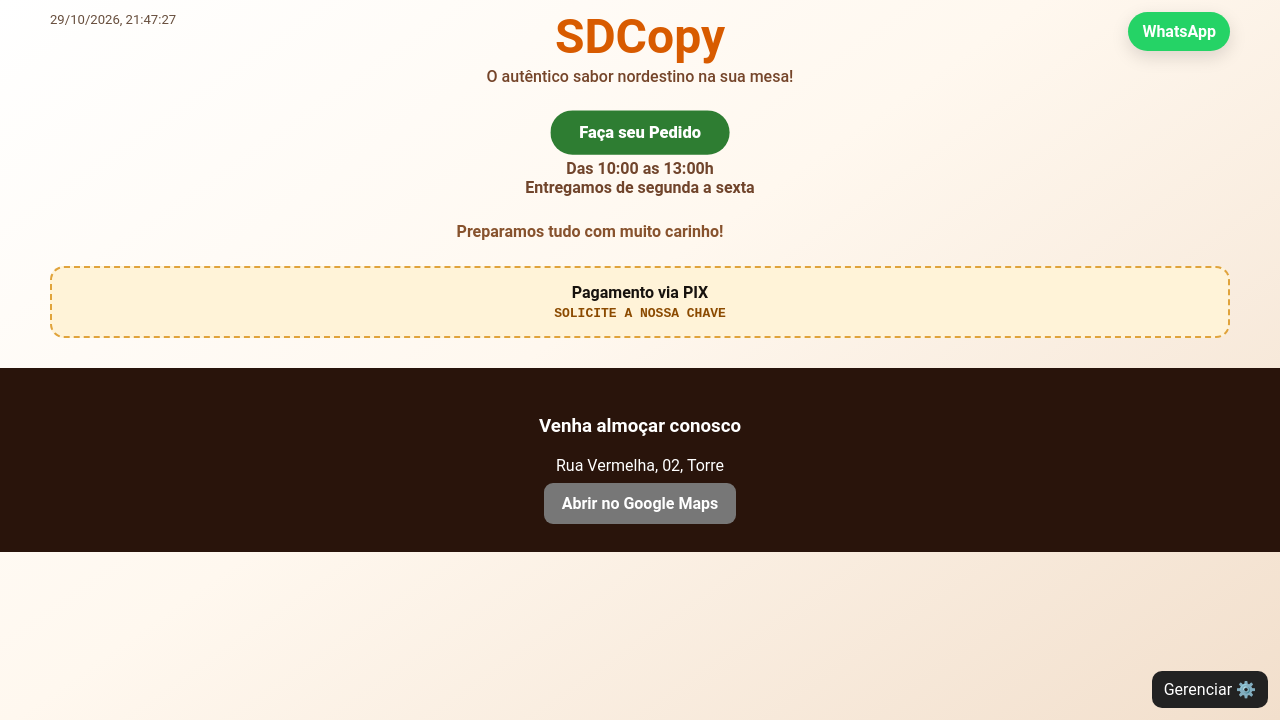
Repository: JeffRodFer/sd-copy-01-frontend
Page: index.html
An editor plug-in stored every save of this project. The page is shown before and after the next save, followed by the edit.
The browser window is 1280 px wide. The pictures show the whole page.

Above is the page before, as saved 2026-10-30 01:36:54.

### index.html
<!DOCTYPE html>
<html lang="pt-BR">

<head>
  <meta charset="UTF-8">
  <meta name="viewport" content="width=device-width, initial-scale=1.0">
  <title>Sistema de Delivery</title>
  <link rel="stylesheet" href="style.css">
</head>

<body>


  <header class="container">

    <div class="topbar">

      <div id="datetime" class="datetime"></div>


      <div class="brand">

        <h1>
          SDCopy
        </h1>

        <p>
          O autêntico sabor nordestino na sua mesa!
        </p>

      </div>


      <a id="wa-float-link" class="wa-float" href="https://wa.me/5581920036280" target="_blank" rel="noopener">
        WhatsApp
      </a>

    </div>


    <button class="cta" id="openOrder">
      Faça seu Pedido
    </button>


    <div class="notice">
      Das 10:00 as 13:00h <br>
      Entregamos de segunda a sexta
    </div>

  </header>


  <main class="container" id="menu"></main>


  <div class="container note">
    Preparamos tudo com muito carinho!
  </div>


  <div class="container pix">

    <strong>
      Pagamento via PIX
    </strong>

    <br>


    <code>
    SOLICITE A NOSSA CHAVE
  </code>

  </div>


  <footer class="footer">

    <div class="container">

      <h3>
        Venha almoçar conosco
      </h3>

      <div>
        Rua Vermelha, 02, Torre
      </div>


      <a class="maps" href="https://maps.google.com/?q=Rua+Vermelha+02+Torre" target="_blank" rel="noopener">
        Abrir no Google Maps
      </a>


    </div>

  </footer>


  <button class="manage" id="openAdmin">
    Gerenciar ⚙️
  </button>
  <br>
  <br>
  <br>
  <br>

  <!-- =====================================================
     MODAL DO PEDIDO
     ===================================================== -->

  <div class="overlay hidden" id="orderOverlay">

    <div class="modal">


      <!-- PASSO 1 -->

      <div id="orderStep1" class="step active">

        <h2>
          Faça seu Pedido
        </h2>


        <div id="orderError1" class="error hidden"></div>


        <div class="form-grid">


          <div class="field">

            <label>
              Nome Completo
            </label>

            <input id="customerName" autocomplete="name">

          </div>


          <div class="field">

            <label>
              Telefone
            </label>

            <input id="customerPhone" inputmode="tel" autocomplete="tel" maxlength="15" placeholder="(81) 99999-8888">

          </div>


          <div class="field full">

            <label>
              Endereço de Entrega
            </label>

            <input id="customerAddress" autocomplete="street-address">

          </div>


          <div class="field">

            <label>
              Quantidade de Marmitas
            </label>

            <input id="mealCount" type="number" min="1" max="20" value="1">

          </div>


        </div>


        <div class="delivery">

          <label>

            <input type="radio" name="delivery" value="true" checked>

            Entrega em casa - R$ 5,00

          </label>


          <label>

            <input type="radio" name="delivery" value="false">

            Retirar no Restaurante - R$ 0,00

          </label>

        </div>


        <div class="actions">

          <button class="btn gray" id="closeOrder1">
            Cancelar
          </button>


          <button class="btn green" id="toStep2">
            Continuar
          </button>

        </div>

      </div>


      <!-- PASSO 2 -->

      <div id="orderStep2" class="step">

        <h2>
          Monte suas Marmitas
        </h2>


        <div id="orderError2" class="error hidden"></div>


        <div id="marmitas"></div>


        <div class="actions">

          <button type="button" class="btn gray" id="backStep1">
            Voltar
          </button>


          <button type="button" class="btn green" id="toStep3">
            Encerrar e seguir
          </button>

        </div>

      </div>


      <!-- PASSO 3 -->
      <div id="orderStep3" class="step">

        <h2>Resumo do Pedido</h2>

        <div id="orderSummary" class="order-text"></div>

        <div id="finalTotal" class="total"></div>

        <div class="actions">
          <button class="btn red" id="cancelFinal">
            Voltar
          </button>

          <button class="btn green" id="sendRestaurant">
            Enviar Pedido ao Restaurante
          </button>
        </div>

      </div>

    </div>

  </div>


  <!-- =====================================================
     MODAL ADMINISTRATIVO
     ===================================================== -->

  <div class="overlay hidden" id="adminOverlay">

    <div class="admin-modal">

      <h2>
        Gerenciar Cardápio
      </h2>


      <div id="adminError" class="error hidden"></div>


      <!-- LOGIN -->

      <div id="adminLogin">

        <div class="field">

          <label>
            Usuário
          </label>

          <input id="adminUser" autocomplete="username" value="admin">

        </div>


        <div class="field" style="margin-top:10px">

          <label>
            Senha
          </label>

          <input id="adminPassword" type="password" autocomplete="current-password">

        </div>


        <div class="actions">

          <button class="btn gray" id="closeAdminLogin">
            Fechar
          </button>


          <button class="btn green" id="adminLoginBtn">
            Entrar
          </button>

        </div>

      </div>


      <!-- PAINEL -->

      <div id="adminPanel" class="hidden">

        <div id="adminItems" class="admin-grid"></div>


        <div class="actions">

          <button class="btn gray" id="adminClose">
            Fechar
          </button>


          <button class="btn green" id="adminSave">
            Salvar alterações
          </button>

        </div>

      </div>

    </div>

  </div>


  <script src="script.js"></script>
</body>

</html>

### style.css
:root {
      --orange: #f57c00;
      --brown: #6d3414;
      --green: #2e7d32;
      --red: #d32f2f;
      --blue: #1976d2;
      --purple: #7b1fa2;
      --cream: #fffaf5;
      --line: #eadfd6;
      --muted: #666;
    }

    * {
      box-sizing: border-box;
    }

    html {
      scroll-behavior: smooth;
    }

    body {
      margin: 0;
      background:
        linear-gradient(145deg,
          #fff 0%,
          #fff8ef 45%,
          #f2dfcc 100%);
      color: #17120e;
      font-family: Roboto, Arial, sans-serif;
      min-height: 100vh;
    }

    button,
    input,
    textarea {
      font: inherit;
    }

    button {
      cursor: pointer;
      border: 0;
    }

    .container {
      width: min(1180px, 94%);
      margin: auto;
    }


    /* HEADER */

    .topbar {
      display: grid;
      grid-template-columns: 1fr auto 1fr;
      align-items: start;
      padding: 12px 0;
      gap: 10px;
    }

    .datetime {
      font-size: .82rem;
      color: #674e3d;
    }

    .brand {
      text-align: center;
    }

    .brand h1 {
      margin: 0;
      color: #d85b00;
      font-size: clamp(1.8rem, 5vw, 3rem);
      line-height: 1.05;
    }

    .brand p {
      margin: 5px 0;
      color: #75452a;
      font-weight: 500;
    }

    .wa-float {
      justify-self: end;
      background: #25d366;
      color: #fff;
      padding: 10px 14px;
      border-radius: 999px;
      text-decoration: none;
      font-weight: 700;
      box-shadow: 0 6px 18px #0002;
    }

    .cta {
      display: block;
      margin: 8px auto 5px;
      background: var(--green);
      color: #fff;
      border-radius: 999px;
      padding: 12px 28px;
      font-weight: 800;
      font-size: 1rem;
      animation: pulse 2s infinite;
    }

    .notice {
      text-align: center;
      color: #70442b;
      font-weight: 700;
      margin-bottom: 18px;
    }

    @keyframes pulse {

      0%,
      100% {
        transform: scale(1);
      }

      50% {
        transform: scale(1.03);
      }
    }


    /* CARDÁPIO */

    .section {
      margin: 20px 0;
    }

    .section h2 {
      margin: 0 0 12px;
      color: var(--brown);
    }

    .grid {
      display: grid;
      grid-template-columns:
        repeat(auto-fit,
          minmax(180px, 1fr));
      gap: 10px;
    }

    .card {
      background: #fff;
      border: 1px solid var(--line);
      border-radius: 14px;
      padding: 14px;
      box-shadow:
        0 3px 12px #5a2a0d12;
    }

    .card strong {
      display: block;
    }

    .unavailable {
      opacity: .52;
    }

    .badge {
      display: inline-block;
      margin-top: 7px;
      font-size: .78rem;
      background: #eee;
      padding: 4px 8px;
      border-radius: 999px;
    }

    .accent-guarnicoes {
      border-top: 5px solid #8b5a2b;
    }

    .accent-proteinas {
      border-top: 5px solid #d32f2f;
    }

    .accent-bebidas {
      border-top: 5px solid #1976d2;
    }

    .accent-sobremesas {
      border-top: 5px solid #7b1fa2;
    }

    .note {
      text-align: center;
      font-weight: 700;
      color: #87522d;
      margin: 25px 0;
    }

    .pix {
      background: #fff3d8;
      border: 2px dashed #e0a33b;
      border-radius: 14px;
      padding: 15px;
      text-align: center;
    }

    .pix code {
      font-weight: 800;
      color: #8b4a00;
      word-break: break-all;
    }


    /* FOOTER */

    .footer {
      margin-top: 30px;
      background: #29140b;
      color: #fff;
      padding: 28px 0;
      text-align: center;
    }

    .maps {
      display: inline-block;
      background: #777;
      color: #fff;
      padding: 11px 18px;
      border-radius: 9px;
      text-decoration: none;
      font-weight: 700;
      margin-top: 8px;
    }

    .manage {
      position: fixed;
      right: 12px;
      bottom: 12px;
      background: #222;
      color: #fff;
      padding: 9px 12px;
      border-radius: 10px;
      z-index: 20;
    }


    /* MODAIS */

    .overlay {
      position: fixed;
      inset: 0;
      background: #0009;
      display: flex;
      align-items: center;
      justify-content: center;
      padding: 12px;
      z-index: 100;
    }

    .hidden {
      display: none !important;
    }

    .modal {
      background: #fff;
      width: min(1050px, 100%);
      max-height: 94vh;
      overflow: auto;
      border-radius: 18px;
      box-shadow: 0 20px 70px #0007;
      padding: 22px;
    }

    .modal h2 {
      color: var(--brown);
      margin: 0 0 18px;
    }

    .step {
      display: none;
    }

    .step.active {
      display: block;
    }


    /* FORMULÁRIO */

    .form-grid {
      display: grid;
      grid-template-columns: 1fr;
      gap: 12px;
    }

    .field label {
      display: block;
      font-weight: 700;
      margin-bottom: 5px;
    }

    .field input,
    .field textarea,
    .field select {
      width: 100%;
      padding: 11px;
      border: 1px solid #cfcfcf;
      border-radius: 10px;
      background: #fff;
    }

    .field textarea {
      min-height: 75px;
      resize: vertical;
    }

    .delivery {
      display: grid;
      gap: 9px;
      margin: 12px 0;
    }

    .delivery label {
      border: 1px solid #ddd;
      border-radius: 10px;
      padding: 12px;
    }


    /* MARMITAS */

    .marmita {
      border: 1px solid #ddd;
      border-radius: 15px;
      padding: 14px;
      margin: 14px 0;
      background: #fff;
    }

    .marmita h3 {
      margin: 0 0 12px;
      color: #7b401f;
    }

    .choice-group {
      margin: 13px 0;
    }

    .choice-group h4 {
      margin: 0 0 8px;
    }

    .choices {
      display: grid;
      grid-template-columns:
        repeat(auto-fit,
          minmax(190px, 1fr));
      gap: 8px;
    }

    .check {
      border: 1px solid #ddd;
      border-radius: 10px;
      padding: 9px;
      background: #fafafa;
    }

    .check input {
      margin-right: 6px;
    }

    .limit {
      font-size: .8rem;
      color: var(--muted);
      margin: 5px 0;
    }


    /*
  IMPORTANTE:
  A linha de quantidade agora é uma GRID
  com nome + preço + menos + quantidade + mais.
  Assim o + nunca cai para a linha de baixo.
*/

    .qty-list {
      display: grid;
      gap: 7px;
    }

    .qty-row {
      display: grid;

      grid-template-columns:
        minmax(0, 1fr) auto auto auto auto;

      align-items: center;

      gap: 8px;

      border: 1px solid #eee;
      border-radius: 11px;
      padding: 8px;

      background: #faf8f6;
    }

    .qty-name {
      min-width: 0;
      font-weight: 700;
      overflow-wrap: anywhere;
    }

    .qty-price {
      font-size: .9rem;
      color: #555;
      white-space: nowrap;
    }

    .qty-btn {
      width: 36px;
      height: 36px;
      border-radius: 9px;
      background: #eee;
      font-weight: 900;
      font-size: 1.1rem;
    }

    .qty-value {
      min-width: 22px;
      text-align: center;
      font-weight: 800;
    }


    /* BOTÕES */

    .actions {
      display: flex;
      gap: 10px;
      justify-content: flex-end;
      flex-wrap: wrap;
      margin-top: 18px;
    }

    .btn {
      padding: 12px 18px;
      border-radius: 10px;
      font-weight: 800;
    }

    .btn.green {
      background: #2e7d32;
      color: #fff;
    }

    .btn.red {
      background: #e57373;
      color: #fff;
    }

    .btn.gray {
      background: #eee;
    }

    .total {
      font-size: 1.2rem;
      text-align: right;
      color: #18752b;
      font-weight: 900;
      margin-top: 14px;
    }

    .error {
      background: #ffe5e5;
      color: #9b1c1c;
      padding: 10px;
      border-radius: 9px;
      margin: 10px 0;
    }

    .order-text {
      background: #f5f5f5;
      padding: 14px;
      border-radius: 12px;
      white-space: pre-wrap;
      font-family: monospace;
      line-height: 1.45;
    }


    /* ADMIN */

    .admin-modal {
      background: #f5f5f5;
      width: min(1100px, 100%);
      max-height: 92vh;
      overflow: auto;
      border-radius: 18px;
      padding: 20px;
    }

    .admin-grid {
      display: grid;
      grid-template-columns: 1fr;
      gap: 16px;
    }

    .admin-section {
      background: #fff;
      padding: 14px;
      border-radius: 14px;
    }

    .admin-item {
      display: flex;
      align-items: center;
      justify-content: space-between;
      gap: 10px;
      padding: 9px 0;
      border-bottom: 1px solid #eee;
    }

    .admin-item:last-child {
      border-bottom: 0;
    }

    .switch {
      position: relative;
      width: 50px;
      height: 28px;
      flex: 0 0 auto;
    }

    .switch input {
      display: none;
    }

    .slider {
      position: absolute;
      inset: 0;
      background: #bbb;
      border-radius: 30px;
    }

    .slider:before {
      content: "";
      position: absolute;
      width: 22px;
      height: 22px;
      left: 3px;
      top: 3px;
      background: #fff;
      border-radius: 50%;
      transition: .2s;
    }

    .switch input:checked+.slider {
      background: #2e7d32;
    }

    .switch input:checked+.slider:before {
      transform: translateX(22px);
    }


    /* RESPONSIVO */

    @media(min-width:700px) {

      .form-grid {
        grid-template-columns:
          1fr 1fr;
      }

      .form-grid .full {
        grid-column: 1/-1;
      }

      .admin-grid {
        grid-template-columns:
          1fr 1fr;
      }

    }


    @media(max-width:600px) {

      .topbar {
        grid-template-columns:
          1fr auto;
      }

      .brand {
        grid-column: 1/-1;
        grid-row: 1;
      }

      .datetime {
        grid-column: 1;
      }

      .wa-float {
        grid-column: 2;
      }

      /*
    Mantém TODOS os controles da bebida
    na mesma linha.
  */

      .qty-row {
        grid-template-columns:
          minmax(0, 1fr) auto auto auto auto;
      }

      .qty-price {
        font-size: .8rem;
      }

      .modal {
        padding: 15px;
      }

      .actions .btn {
        flex: 1 1 100%;
      }

    }

Loaded but not shown: script.js (1526 lines, source omitted)

After the next save:
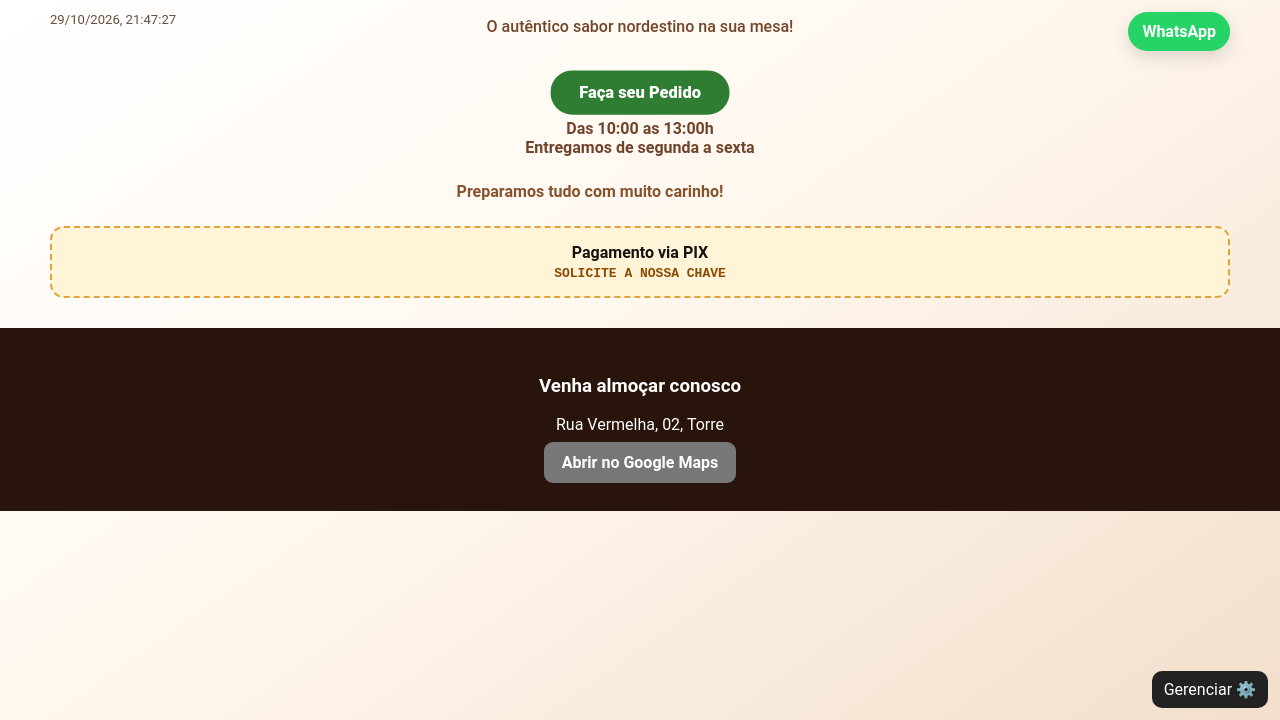
Saved 4 s later.
--- a/index.html
+++ b/index.html
@@ -21,7 +21,7 @@
       <div class="brand">
 
         <h1>
-          SDCopy
+
         </h1>
 
         <p>

After the 3 saves that followed:
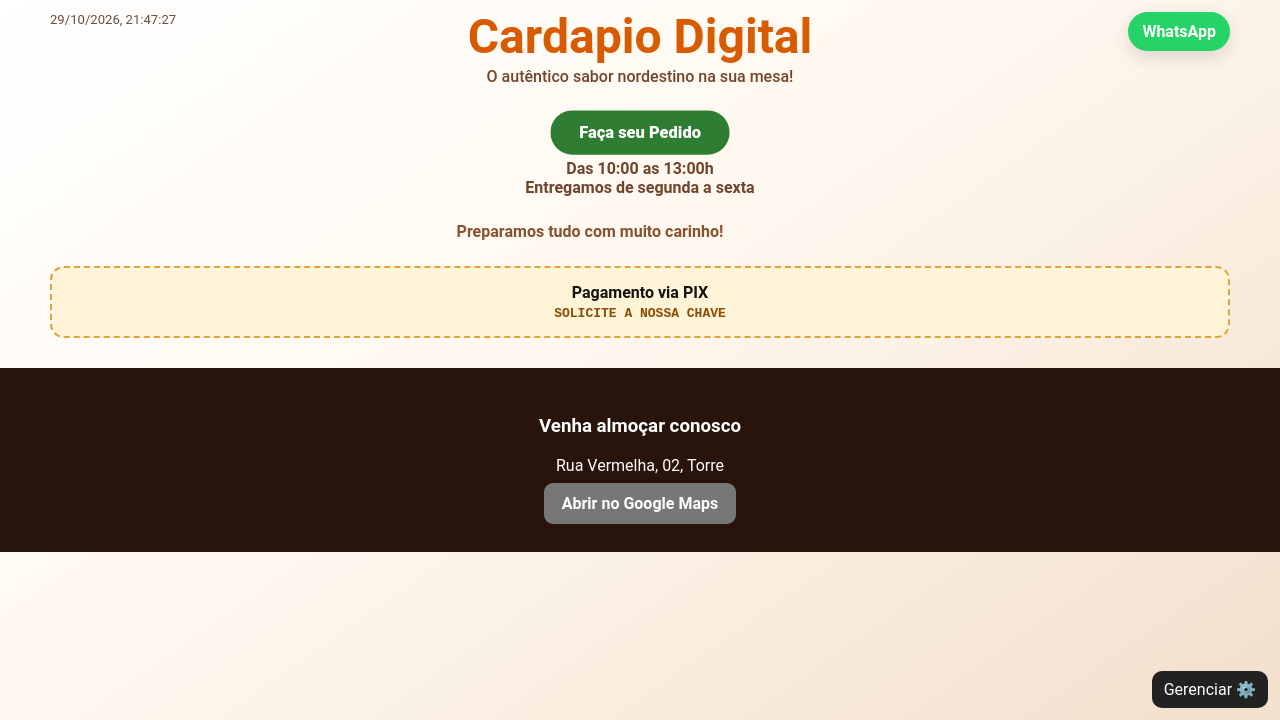
The 3 saves are shown as one change because they came seconds apart.
The last was saved 10 s later.
--- a/index.html
+++ b/index.html
@@ -21,7 +21,7 @@
       <div class="brand">
 
         <h1>
-
+          Cardapio Digital
         </h1>
 
         <p>
